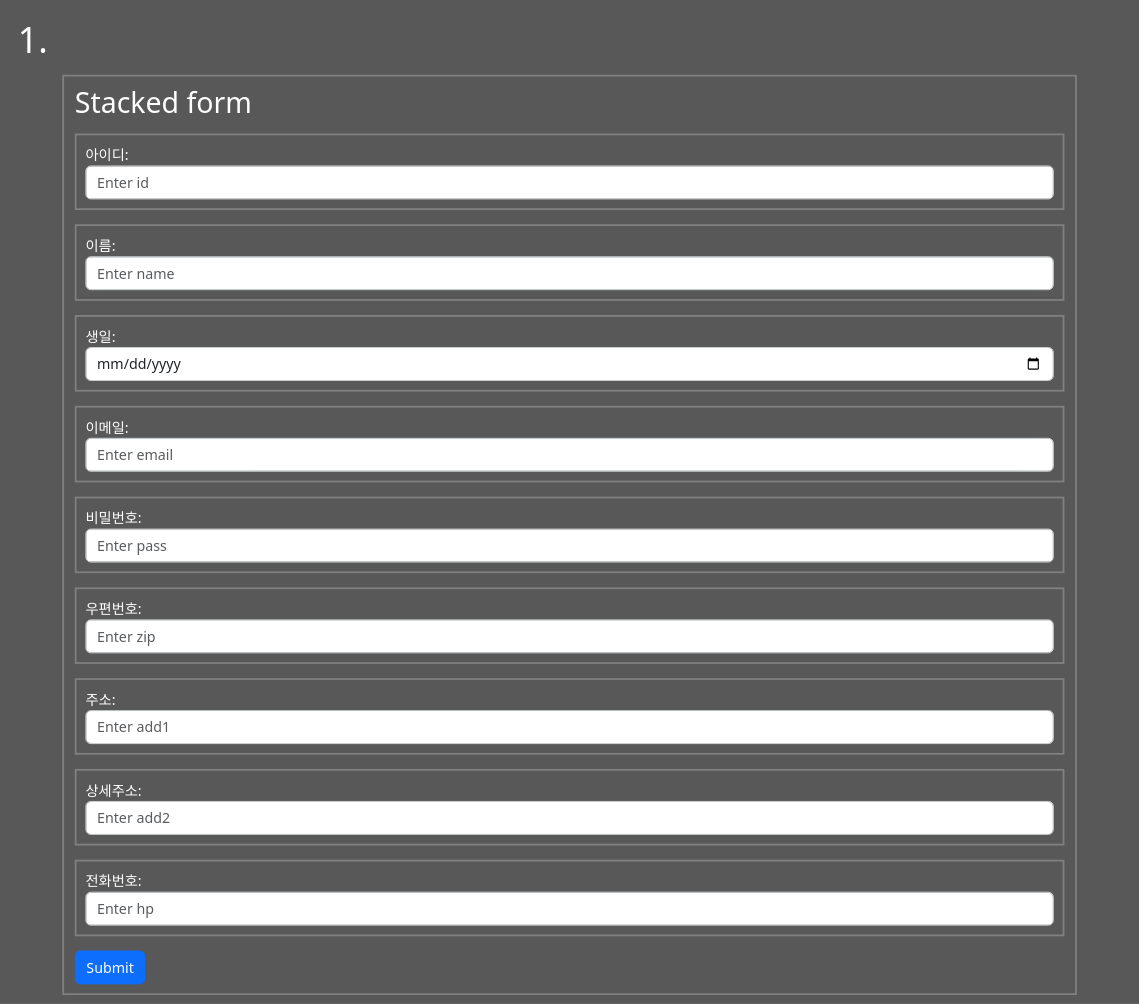
Repository: prawniel99/05_JQuery
Page: workspace/jqpro/WebContent/비동기6_ajax/join.html
These files come from the project's save history. The page is drawn as it stood at one moment and after a run of saves; the edit follows.
The browser window is 1280 px wide. The pictures show the whole page, at 89% of full size.

Above is the page before, as saved 2024-08-29 03:19:17.

After the next 2 saves:
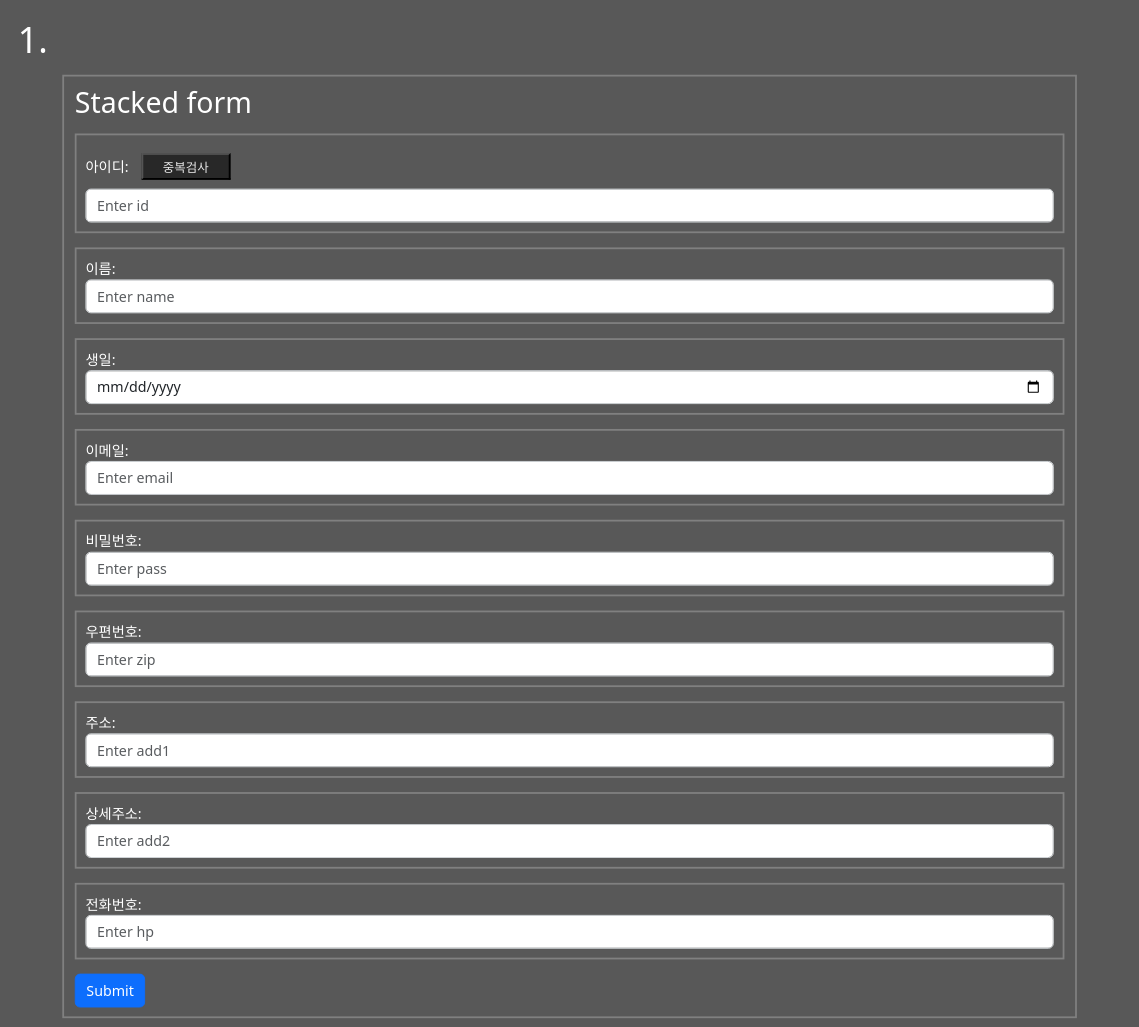
The 2 saves are shown as one change because they came seconds apart.
The last was saved 116 s later.
--- a/workspace/jqpro/WebContent/비동기6_ajax/join.html
+++ b/workspace/jqpro/WebContent/비동기6_ajax/join.html
@@ -38,7 +38,7 @@
 			<h2>Stacked form</h2>
 			<form>
 				<div class="mb-3 mt-3">
-					<label for="id">아이디:</label>
+					<label for="id">아이디:</label> <input type="button" value="중복검사" id="idcheck">
 					<input type="text" class="form-control" id="id" placeholder="Enter id" name="mem_id"> <!-- name은 db와 일치시킨 VO와 일치시켜야 한다 -->
 				</div>
 
